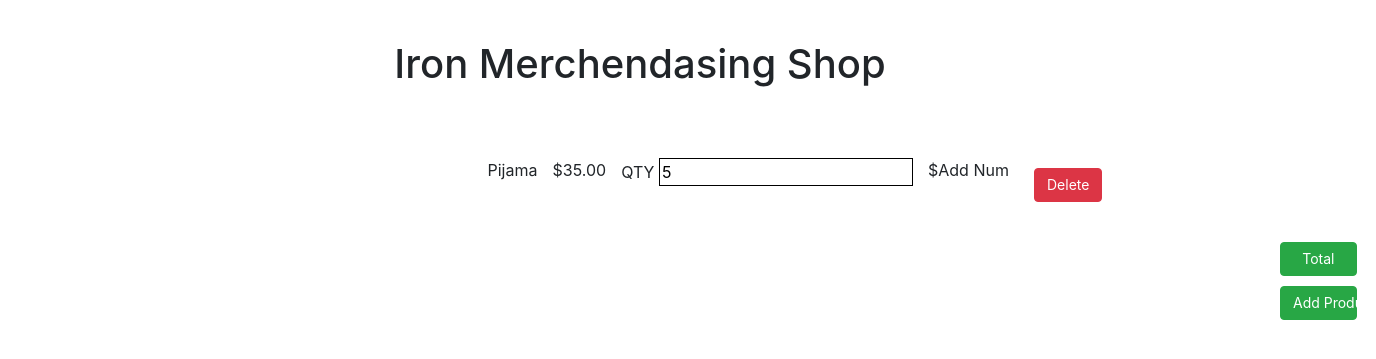
Repository: konstantin0s/lab-cart-DOM
Page: index.html
The author's editor kept a copy of each file at every save. The page is drawn from the files as they stood at one save, then again after the next save.
The browser window is 1280 px wide. The page is 1376 px wide, so the pictures cover 1376 px, including what lies to the right of the window. The pictures show the whole page.
Empty fields were first filled with sample values (such as "Sample", 5 or name@example.com).
After loading, the first visible `#calc-prices-button` was clicked once.
Some web libraries are served in a nearby version.

Above is the page before, as saved 2019-02-03 10:05:02.

After the next save:
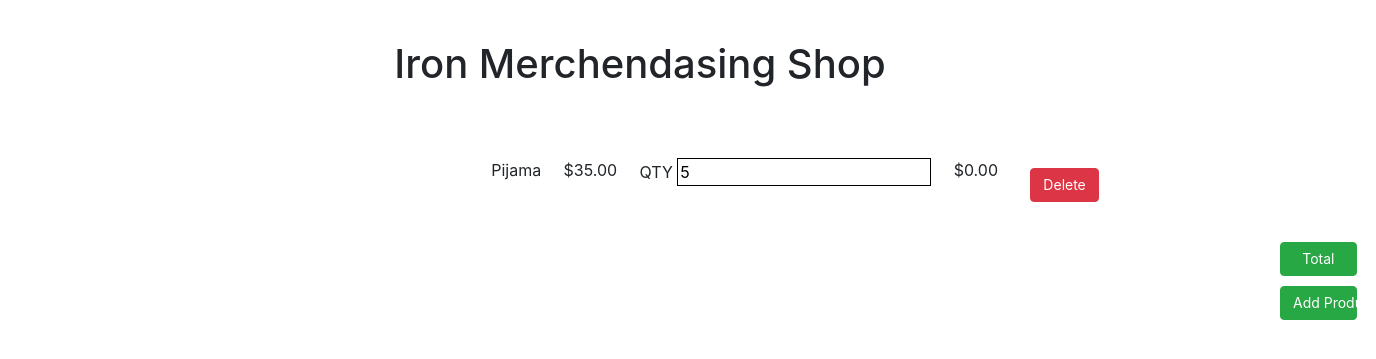
Console error: TypeError: Cannot read properties of null (reading 'value')
Saved 17 s later.
--- a/js/index.js
+++ b/js/index.js
@@ -55,7 +55,7 @@
 }
 
 function getTotalPrice(result) {
-   var getPrice = document.getElementById('price').value;
+   var getPrice = document.getElementById('#price').value;
    console.log(getPrice);
    var getQuan = document.getElementsByClassName('quantity').value;
    result = parseInt(getPrice * getQuan);

After the save that followed:
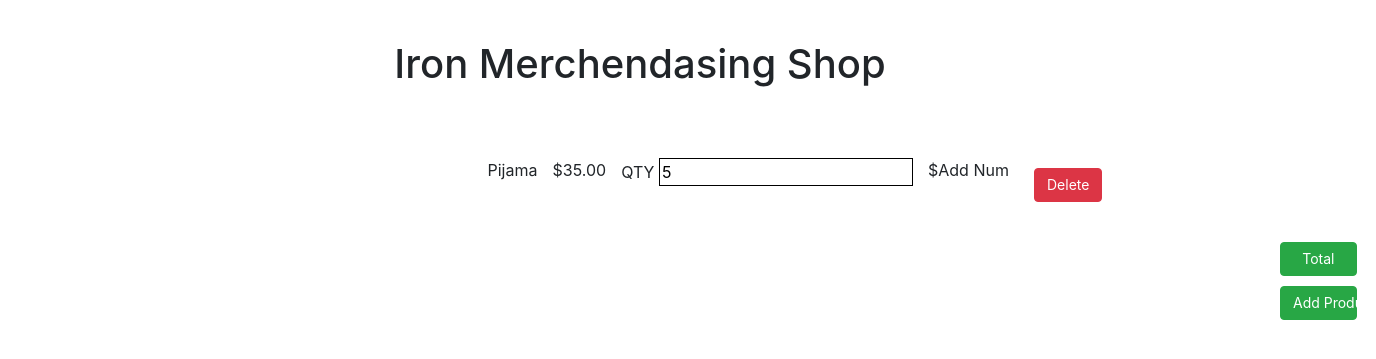
The error is gone.
Saved 12 s later.
--- a/js/index.js
+++ b/js/index.js
@@ -55,7 +55,7 @@
 }
 
 function getTotalPrice(result) {
-   var getPrice = document.getElementById('#price').value;
+   var getPrice = document.getElementById('price').value;
    console.log(getPrice);
    var getQuan = document.getElementsByClassName('quantity').value;
    result = parseInt(getPrice * getQuan);
